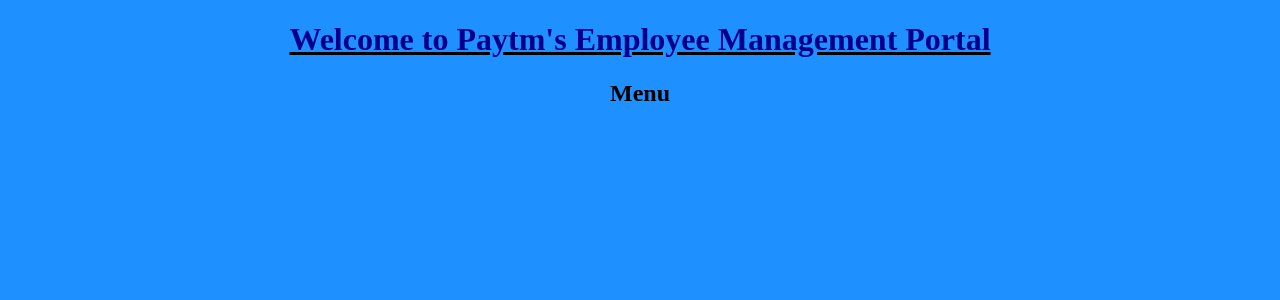
Repository: kimchiLover/BackupProjectsOnPC
Page: eclipse-oauth/ManageEmpApp/WebContent/index.html
These files come from the project's save history. The page is drawn as it stood at one moment and after the next save; the edit follows.
The browser window is 1280 px wide. The pictures show the whole page.

Above is the page before, as saved 2019-07-18 09:06:31.

### eclipse-oauth/ManageEmpApp/WebContent/index.html
<!DOCTYPE html>
<html>
<head>
<meta charset="UTF-8">
<title>Paytm Emp Portal</title>
</head>
<body style="background-color:DodgerBlue;">
<center>
<u><h1 style="color:DarkBlue;">Welcome to Paytm's Employee Management Portal</h1></u>
<h2>Menu</h2>

</center>
</body>
</html>

After the next save:
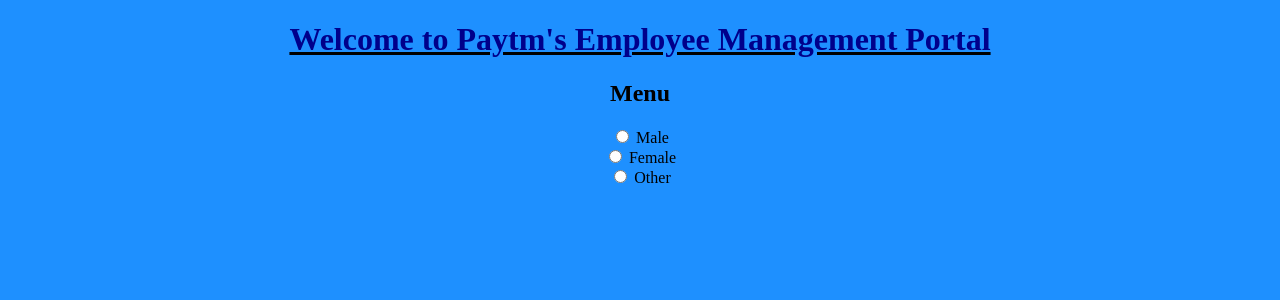
Saved 92 s later.
--- a/eclipse-oauth/ManageEmpApp/WebContent/index.html
+++ b/eclipse-oauth/ManageEmpApp/WebContent/index.html
@@ -9,6 +9,12 @@
 <u><h1 style="color:DarkBlue;">Welcome to Paytm's Employee Management Portal</h1></u>
 <h2>Menu</h2>
 
+<form action="choice" method="post">
+  <input type="radio" name="gender" value="male"> Male<br>
+  <input type="radio" name="gender" value="female"> Female<br>
+  <input type="radio" name="gender" value="other"> Other<br>
+</form>
+
 </center>
 </body>
 </html>
